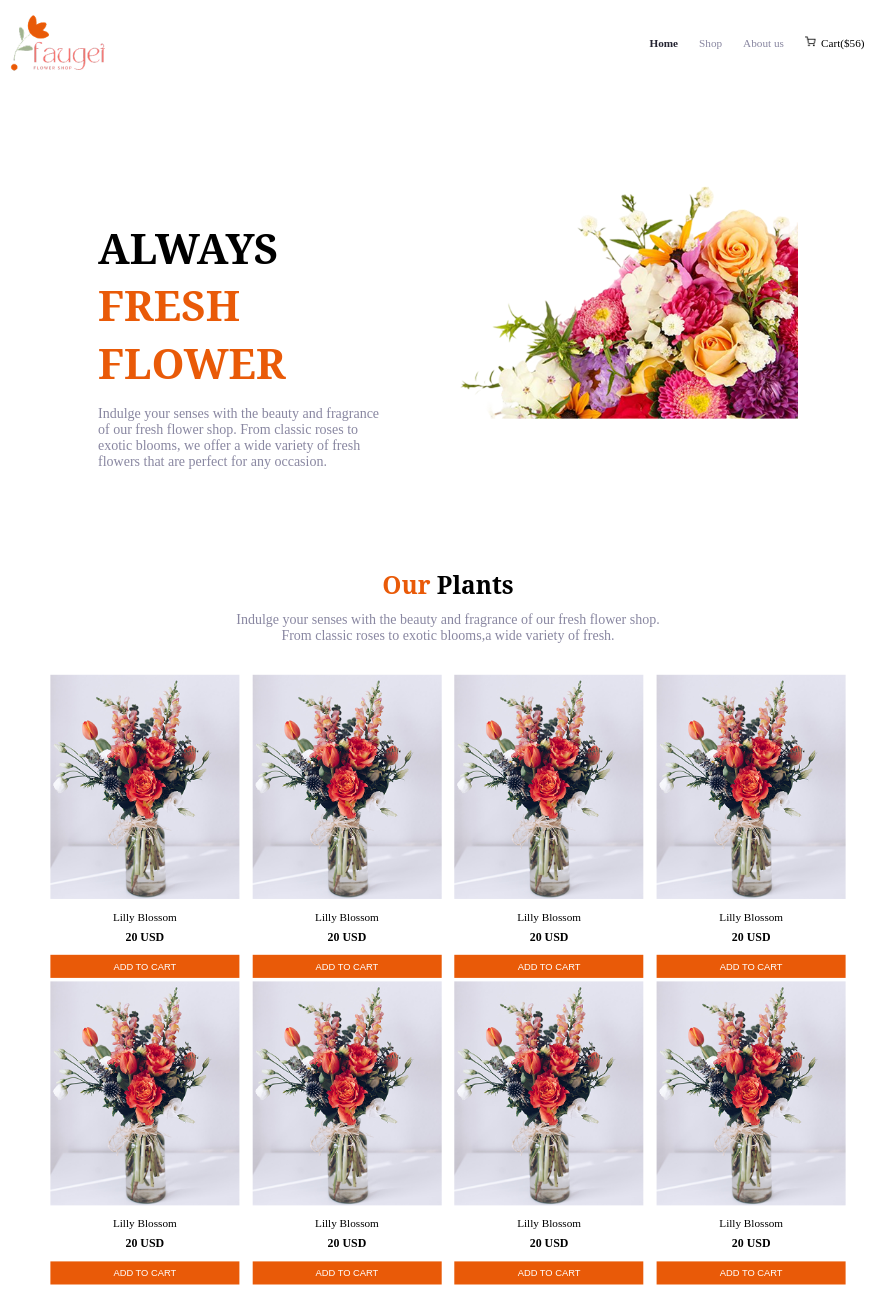
Repository: dollyrakhe22/Flowers-main-website
Page: index.html
An editor plug-in stored every save of this project. The page is shown before and after the next save, followed by the edit.
The browser window is 1280 px wide. The pictures show the whole page, at 70% of full size.
Some web libraries are served in a nearby version.

Above is the page before, as saved 2025-07-24 03:09:31.

### index.html
<!DOCTYPE html>
<html lang="en">
<head>
    <meta charset="UTF-8">
    <meta name="viewport" content="width=device-width, initial-scale=1.0">
    <title>Flowers Site</title>
    <link rel="stylesheet" href="style.css">
    <link rel="stylesheet" href="https://cdnjs.cloudflare.com/ajax/libs/font-awesome/7.0.0/css/all.min.css" integrity="sha512-DxV+EoADOkOygM4IR9yXP8Sb2qwgidEmeqAEmDKIOfPRQZOWbXCzLC6vjbZyy0vPisbH2SyW27+ddLVCN+OMzQ==" crossorigin="anonymous" referrerpolicy="no-referrer" />
</head>
<body >
    <header>
           <nav class="nav-bar display-flex">
                <img src="assets/logo.png" alt="" srcset="">


              <ul class="list-link display-flex">
                <li class="list-item text-black ">Home</li>
                <li class="list-item text-gray">Shop</li>
                <li class="list-item text-gray">About us</li>
                <li class="list-item"><img src="assets/shopping-cart (1).jpg"id="shopping-card" alt="" srcset=""width="15px" height="15px">Cart($56)</li>
             </ul>
           </nav>
           </header>
   <main>
  <!--Fresh Flowers-->

 <section class="flower-section display-flex">
  <div class="fresh-flower">
   <h1 class="flower-title noto-serif-normal">ALWAYS <span class="primary-color">FRESH<br> FLOWER</span></h1>
   <p class="flower-description text-gray">Indulge your senses with the beauty and fragrance of our fresh flower shop. From classic roses to exotic blooms,
     we offer a wide variety of fresh flowers that are perfect for any occasion. </p>
  </div>
  <div class="flower-img">
    <img src="assets/hero-flower.png" alt="" srcset="">
  </div>

 </section>
 <!--Plants-->
<section class="plants-section">

    <h1 class="plant-title noto-serif-normal"><span class="primary-color">Our</span> Plants</h1>
    <p class="plant-description text-gray">Indulge your senses with the beauty
      and fragrance  of our fresh flower shop. <span style="display: block;"> From classic roses to exotic blooms,a wide variety of fresh.</span>
     </p>
</section>
<!--Plant-Card-Container-->
<section >
<div class="card-container">
  <div class="plant-card">
    <img src="assets/sample-flower-image.png" alt="" srcset="">
    <h4 class="lily">Lilly Blossom</h4>
    <p class="price">20 USD</p>
    <button class="btn">ADD TO CART</button>
  </div>
  <div class="plant-card">
    <img src="assets/sample-flower-image.png" alt="" srcset="">
    <h3 class="lily">Lilly Blossom</h3>
    <p class="price">20 USD</p>
    <button class="btn">ADD TO CART</button>
  </div>
  <div class="plant-card">
    <img src="assets/sample-flower-image.png" alt="" srcset="">
    <h3 class="lily">Lilly Blossom</h3>
    <p class="price">20 USD</p>
    <button class="btn">ADD TO CART</button>
  </div>
  <div class="plant-card">
    <img src="assets/sample-flower-image.png" alt="" srcset="">
    <h3 class="lily">Lilly Blossom</h3>
    <p class="price">20 USD</p>
    <button class="btn">ADD TO CART</button>
  </div>
  <div class="plant-card">
    <img src="assets/sample-flower-image.png" alt="" srcset="">
    <h3 class="lily">Lilly Blossom</h3>
    <p class="price">20 USD</p>
    <button class="btn">ADD TO CART</button>
  </div>
  <div class="plant-card">
    <img src="assets/sample-flower-image.png" alt="" srcset="">
    <h3 class="lily">Lilly Blossom</h3>
    <p class="price">20 USD</p>
    <button class="btn">ADD TO CART</button>
  </div>
  <div class="plant-card">
    <img src="assets/sample-flower-image.png" alt="" srcset="">
    <h3 class="lily">Lilly Blossom</h3>
    <p class="price">20 USD</p>
    <button class="btn">ADD TO CART</button>
  </div>
  <div class="plant-card">
    <img src="assets/sample-flower-image.png" alt="" srcset="">
    <h3 class="lily">Lilly Blossom</h3>
    <p class="price">20 USD</p>
    <button class="btn">ADD TO CART</button>
  </div>















</div>






</section>










    </main>
    <footer>

    </footer>
</body>
</html>

### style.css
@import url('https://fonts.googleapis.com/css2?family=Noto+Serif:ital,wght@0,100..900;1,100..900&display=swap');

*{
    box-sizing: border-box;
    margin: 0;
    padding: 0;
}

.noto-serif-normal{
  font-family: "Noto Serif", serif;
  font-optical-sizing: auto;
  font-style: normal;

}
/*shared style*/
.display-flex{
    display: flex;
}
/*black*/
.text-black{
    color:#252432;
    font-weight: bold;
}
/*dark 02*/
.text-gray{
    color: #8987A1;
}
.primary-color{
    color:#E95A08;
}
/*navbar start*/
.nav-bar{
   justify-content: space-between;
   margin: 20px auto;
   max-width: 1250px;




}
.list-link{
    justify-items: center;
    justify-content: center;
    align-items: center;



}
nav ul li{
    list-style: none;
    margin-right: 30px;
}
#shopping-card{
    margin-right: 8px;
}
/*Fresh Flower*/
.fresh-flower{
    margin-top: 70px;
}
.flower-section{
    max-width: 100%;
   margin: 140px;
   gap: 10px;
}
.flower-title{
      font-size: 3.75rem;
}
.flower-description{
    font-size: 1.25rem;
    margin-top: 20px;
}
/*Plants*/
.plants-section{
  justify-items: center;

}
.plant-title{
    font-size: 2.18rem;
    font-weight: 700;
}
.plant-description{
    font-size: 1.25rem;
    margin-top: 15px;
   text-align: center;

}
/*Plant-Card-Container*/
.card-container{
    max-width: 1150px;
    margin: 45px auto;
    display: grid;
    grid-template-columns: repeat(4,1fr);
    gap: 5px;
}
.plant-card {
    align-items: center;
    justify-items: center;
}
.lily{
    font-size: 1rem;
    font-weight:200;
    margin-top: 10px;
}
.price{
    font-size: 17px;
    font-weight: bold;
    margin-top: 10px;
}
.btn{
   background-color: #E95A08;
   color:white;
   width: 270px;
   height: 33px;
   border: none;
   margin-top: 15px;
}

After the next save:
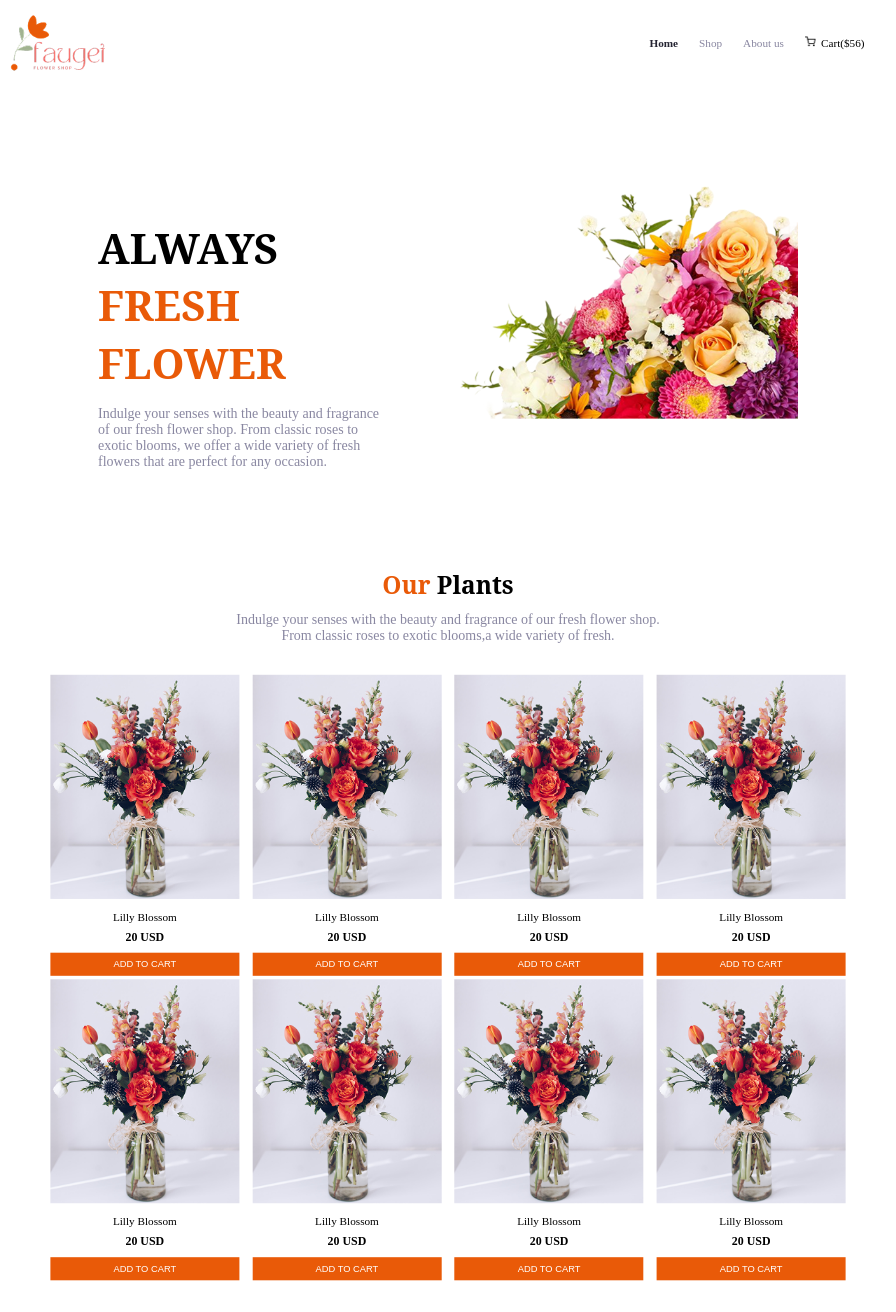
Saved 86 s later.
--- a/style.css
+++ b/style.css
@@ -112,5 +112,5 @@ nav ul li{
    width: 270px;
    height: 33px;
    border: none;
-   margin-top: 15px;
+   margin-top: 12px;
 }
